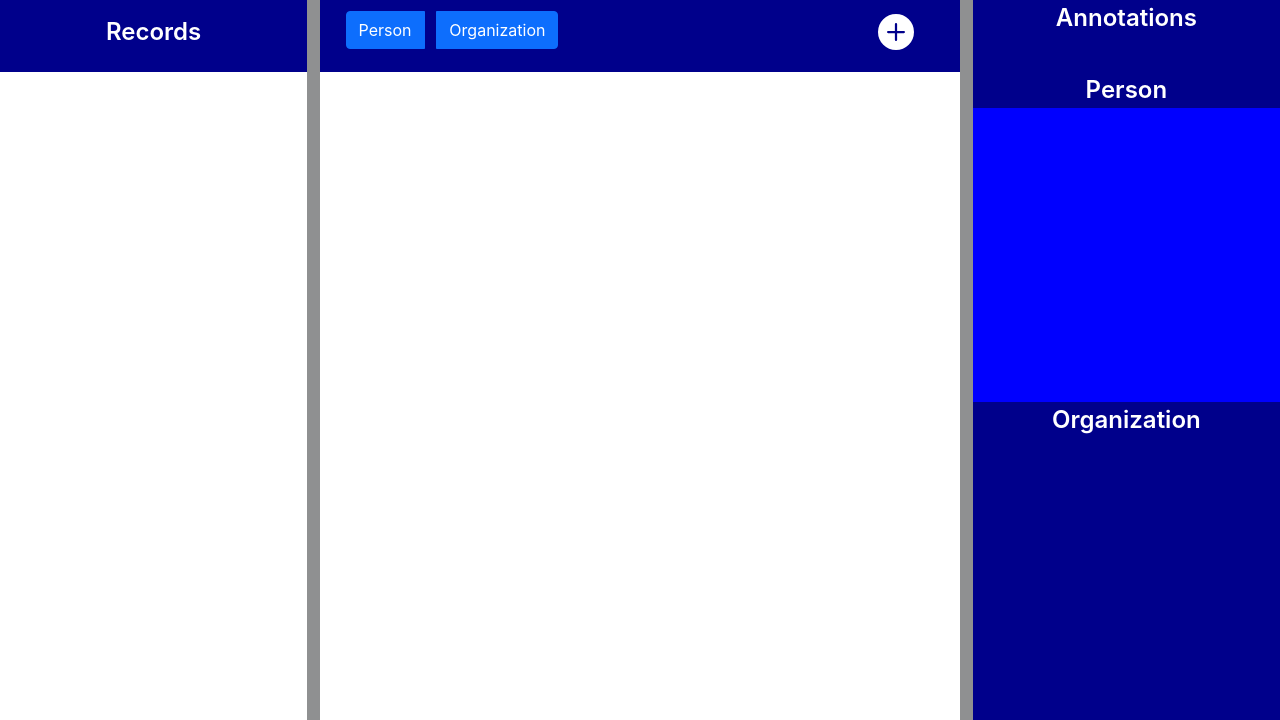
Repository: napan24/classforma_assignment
Page: / (app in client/)
An editor plug-in stored every save of this project. The page is shown before and after the next save, followed by the edit.
The browser window is 1280 px wide. The pictures show the whole page.
The project was rebuilt for these pictures with package versions that can differ from the ones it lists, and the page was loaded fresh each time. Also part of the build but not shown: client/src/App.css.

Above is the page before, as saved 2022-07-20 15:44:58.

After the next save:
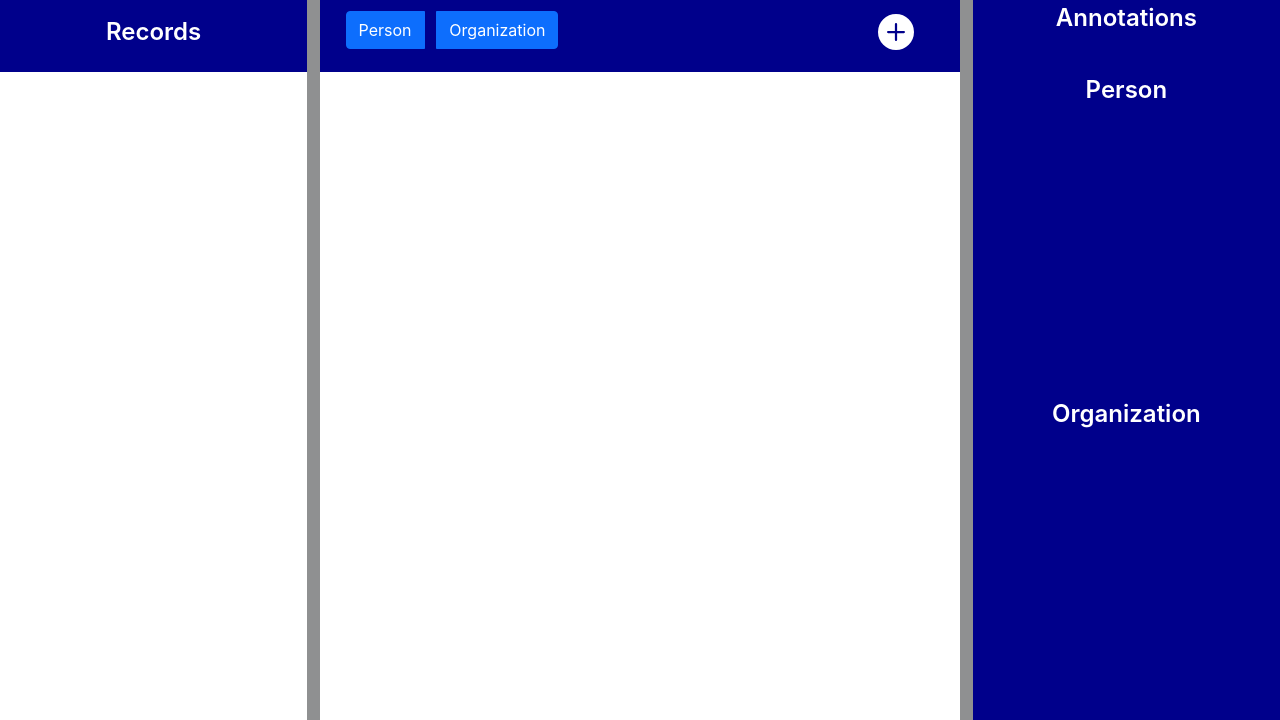
Saved 19 s later.
--- a/client/src/Home.js
+++ b/client/src/Home.js
@@ -88,7 +88,7 @@ const Home = () => {
                             Person
                         </p>
                     </div>
-                    <div style={{ display:'inline-block',maxWidth: "24vw", height: "40vh", backgroundColor: "#00008b", textAlign: 'center', fontSize: '150%', color: "white", fontWeight: "600", zIndex: "2", overflowY: "scroll", overflowX: "hidden" }}>
+                    <div style={{maxWidth: "24vw", height: "40vh", backgroundColor: "#00008b", textAlign: 'center', fontSize: '150%', color: "white", fontWeight: "600", zIndex: "2", overflowY: "scroll", overflowX: "hidden" }}>
                         {personName && personName.map((user) => (
                             user.length > 0 && <div style={{ width: "24vw", backgroundColor: "black", color: "white", height: "3vh", fontSize: "2vh", position: 'relative', borderBottom: '1px solid white' }}>
                                 {user}
